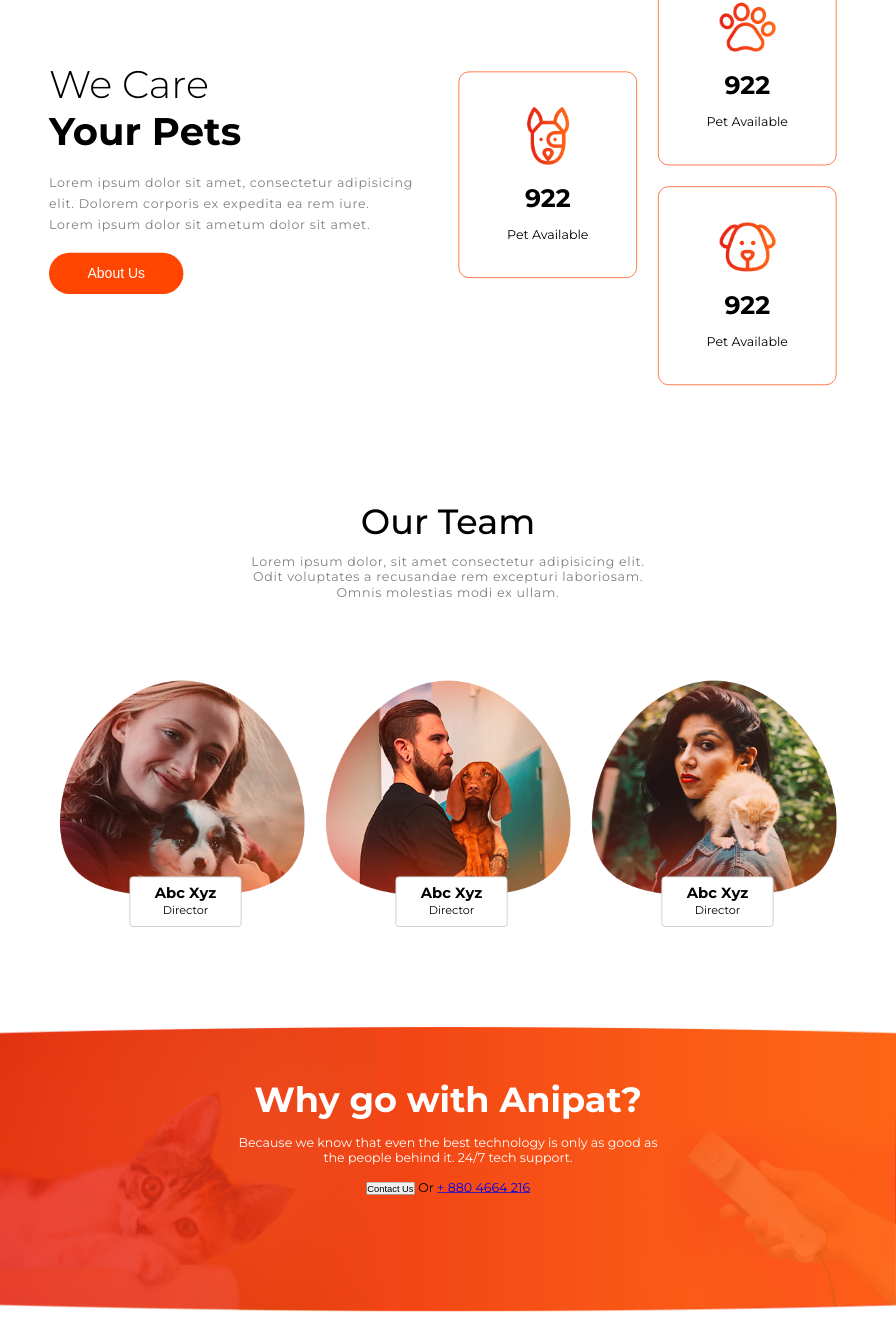
Repository: giahuy405/Day_2_Anipat
Page: index.html
These files come from the project's save history. The page is drawn as it stood at one moment and after the next save; the edit follows.
The browser window is 1280 px wide. The pictures show the part of the page from y = 2403 to 4323 px (the page is 4323 px tall), at 70% of full size.

Above is the page before, as saved 2022-09-09 00:14:49.

### index.html
<!DOCTYPE html>
<html lang="en">
<head>
    <meta charset="UTF-8">
    <meta http-equiv="X-UA-Compatible" content="IE=edge">
    <meta name="viewport" content="width=device-width, initial-scale=1.0">
    <title>Anipat</title>
    <link rel="stylesheet" href="https://cdnjs.cloudflare.com/ajax/libs/font-awesome/6.2.0/css/all.min.css">
    <link href="https://fonts.googleapis.com/css2?family=Montserrat:wght@300;400;500;700&display=swap" rel="stylesheet">
    <link rel="stylesheet" href="./css/index.css">
</head>
<body>
    <header>
        <div class="header-top">
            <div class="container">
                <div class="header__contact">
                    <a href="#">+880 4664 216 </a>
                    <span>Mon - Sat 10:00 - 7:00</span>
                </div>
                <div class="header__social">
                    <ul>
                        <li><a href="#"><i class="fa-brands fa-facebook-f"></i></a></li>
                        <li><a href="#"><i class="fa-brands fa-pinterest-p"></i></a></li>
                        <li><a href="#"><i class="fa-brands fa-google-plus-g"></i></a></li>
                        <li><a href="#"><i class="fa-brands fa-linkedin-in"></i></a></li>
                    </ul>
                </div>
                <div class="clear"></div>
            </div>
        </div>
        <div class="header-bottom container">
            <img src="./img/logo.png" alt="Logo">
            <ul>
                <li><a href="#">Home</a></li>
                <li><a href="#">About</a></li>
                <li><a href="#">Blog</a></li>
                <li><a href="#">Pages</a></li>
                <li><a href="#">Services</a></li>
                <li><a href="#">Contact</a></li>
            </ul>
            <div class="clear"></div>
        </div>

    </header>
    <div class="carousel">
        <div class="container">
            <div class="carousel__content">
                <h1>We Care</h1>
                <h2>Your Pets</h2>
                <p>Lorem ipsum dolor sit amet, consectetur adipisicing elit. Dolorem corporis ex expedita ea rem iure.</p>
                <button>Contact Us</button>
            </div>
            <div class="carousel__dog">
                <img src="./img/dog.png" alt="Dog">
            </div>
            <div class="clear"></div>
        </div>
    </div>
    <div class="service">
        <div class="service-top">
            <h1>Services for every dog</h1>
            <p>Lorem ipsum dolor sit amet, consectetur adipiscing elit, sed do eiusmod tempor incididunt ut labore et dolore magna</p>
        </div>
        <div class="service-bottom container">
            <div class="service-card">
                <div class="service__item">
                    <div class="service__background">
                        <img src="./img/service_icon_1.png" alt="">
                    </div>
                    <h2>Pet Boarding</h2>
                    <p>Lorem, ipsum dolor sit amet consectetur adipisicing elit. Quasi asperiores</p>
                </div>
            </div>
            <div class="service-card">
                <div class="service__item">
                    <div class="service__background">
                        <img src="./img/service_icon_2.png" alt="">
                    </div>
                    <h2>Pet Boarding</h2>
                    <p>Lorem, ipsum dolor sit amet consectetur adipisicing elit. Quasi asperiores</p>
                </div>
            </div>
            <div class="service-card">
                <div class="service__item">
                    <div class="service__background">
                        <img src="./img/service_icon_3.png" alt="">
                    </div>
                    <h2>Pet Boarding</h2>
                    <p>Lorem, ipsum dolor sit amet consectetur adipisicing elit. Quasi asperiores</p>
                </div>
            </div>
            <div class="clear"></div>
        </div>
    </div>
    <div class="netcare container">
        <div class="netcare__cat">
            <img src="./img/pet_care.png" alt="pet care">
        </div>
        <div class="netcare__content">
                <h1>We Care</h1>
                <h2>Your Pets</h2>
                <p>Lorem ipsum dolor sit amet, consectetur adipisicing elit. Dolorem corporis ex expedita ea rem iure. Lorem ipsum dolor, sit amet consectetur adipisicing elit. In, sint.</p>
                <button>Contact Us</button>
        </div>
        <div class="clear"></div>
    </div>
    <div class="care">
        <div class="container">
            <div class="care__content">
                <h1>We Care</h1>
                <h2>Your Pets</h2>
                <p>Lorem ipsum dolor sit amet, consectetur adipisicing elit. Dolorem corporis ex expedita ea rem iure. Lorem ipsum dolor sit ametum dolor sit amet.</p>
                <button>About Us</button>
            </div>
            <div class="care__items">
                <div class="care__item">
                    <div class="care__card care__card--left">
                        <div class="care__desc">
                            <img src="./img/1.png" alt="">
                            <h1>922</h1>
                            <p>Pet Available</p>
                        </div>
                    </div>
                </div>
                <div class="care__item">
                    <div class="care__card">
                        <div class="care__desc">
                            <img src="./img/2.png" alt="">
                            <h1>922</h1>
                            <p>Pet Available</p>
                        </div>
                    </div>
                    <div class="care__card">
                        <div class="care__desc">
                            <img src="./img/3.png" alt="">
                            <h1>922</h1>
                            <p>Pet Available</p>
                        </div>
                    </div>
                </div>
                <div class="clear"></div>
            </div>
            <div class="clear"></div>
        </div>
    </div>
    <div class="team container">
        <div class="team-top">
            <h1>Our Team</h1>
            <p>Lorem ipsum dolor, sit amet consectetur adipisicing elit. Odit voluptates a recusandae rem excepturi laboriosam. Omnis molestias modi ex ullam.</p>
        </div>
        <div class="team-bottom">
            <div class="team__card">
                <img src="./img/team1.png" alt="">
                <div class="team__box">
                    <div class="team__content">
                        <h3>Abc Xyz</h3>
                        <p>Director</p>
                    </div>
                </div>
            </div>
            <div class="team__card">
                <img src="./img/team2.png" alt="">
                <div class="team__box">
                    <div class="team__content">
                        <h3>Abc Xyz</h3>
                        <p>Director</p>
                    </div>
                </div>
            </div>
            <div class="team__card">
                <img src="./img/team3.png" alt="">
                <div class="team__box">
                    <div class="team__content">
                        <h3>Abc Xyz</h3>
                        <p>Director</p>
                    </div>
                </div>
            </div>
            <div class="clear"></div>
        </div>
    </div>
    <div class="banner">
        <div class="banner-top">
            <h1>Why go with Anipat?</h1>
            <p>Because we know that even the best technology is only as good as the people behind it. 24/7 tech support.</p>
        </div>
        <div class="banner-bottom">
            <button>Contact Us</button>
            <span>Or</span>
            <a href="#"> + 880 4664 216</a>
        </div>
    </div>
</body>
</html>

### css/index.css
*{
    padding: 0;
    margin: 0;
    box-sizing: border-box;
}
.clear{
    clear: both;
}
html{
    font-size: 18px;
    font-family: 'Montserrat', sans-serif;
}
.container{
    width: 1140px;
    margin: 0 auto;
}
.header__contact{
    float: left;
}
.header__social{
    float: right;
}
.header-top{
    background-color: black;
    padding: 15px;
}
.header__contact a{
     color: white;
     text-decoration: none;
     transition: all 0.2s;
}
.header__contact a:hover{
    color: red;
}
.header__contact span{
    color: white;
    margin-left: 35px;
}
.header__social ul,.header-bottom ul{
    list-style: none;
}
.header__social li,.header-bottom li{
    display: inline;
    margin-left: 35px;
}
.header__social i{
    color: white;
    transition: all 0.2s;
}
.header__social i:hover{
    color: red;
}
.header-bottom ul{
    float: right;
}
.header-bottom a{
    text-decoration: none;
    font-weight: bold;
    color: black;
    transition: all 0.2;
    line-height: 40px;
}
.header-bottom a:hover{
    color: red;
}
.header-bottom{
    padding: 20px 0;
}
.carousel{
    background-image: url(../img/banner.png);
    background-position: center bottom;
    background-repeat: no-repeat;
    background-size: 100%;
    height: 600px;
    position: relative;
    margin-bottom: 150px;
}
.carousel__content{
    float: left;
    width: 33%;
    padding-top: 100px;
}
.carousel__dog{
    float: left;
    width: 67%;
    position: absolute;
    top: -10px;
    left: 315px;
    padding: 30px;
}
.carousel__content h1{
    color: white;
    font-size: 70px;
    font-weight: 300;
}
.carousel__content h2{
    color: white;
    font-size: 70px;
    font-weight: 700;
}
.carousel__content p{
    color: white;
    line-height: 30px;
    letter-spacing: 1px;
    margin: 20px 0;
}
.carousel__content button{
    padding: 19px 50px;
    border-radius: 30px;
    border: none;
    font-size: 18px;
    background-color: white;
    color: orangered;
    cursor: pointer;
}
.carousel__content button:hover{
    background-color: orangered;
    color: white;
}
.carousel__dog img{
    width: 100%;

}
.service{
    text-align: center;
    margin-bottom: 100px;
}
.service-top h1{
    font-weight: 500;
    font-size: 50px;
    margin-bottom: 15px;
}
.service-top p{
    padding: 0 300px;
    color: grey;
}
.service-top{
    margin-bottom: 150px;
}
.service-card{
    float: left;
    width: 33.3333%;
}
.service__background{
    background-image: url(../img/service_icon_bg_1.png);
    width: 161px;
    height: 143px;
    background-position: center;
    margin: 0 auto;
}
.service__item{
    border: 1px solid orangered;
    border-radius: 15px;
    padding: 60px 40px;
}
.service-card{
    padding: 20px;
}
.service__item img{
    padding-top: 35px;
}
.service__item h2{
    margin: 30px 0;
}
.service__item p{
    color: grey;
    line-height: 30px;
}
.netcare__cat{
    float: left;
    width: 40%;
}
.netcare__content{
    float: left;
    width: 60%;
    padding-right: 100px;
    padding-top: 75px;
    padding-left: 60px;
}
.netcare__cat img{
    width: 100%;
}
.netcare__content h1,.care__content h1{
    color: black;
    font-size: 55px;
    font-weight: 300;
}
.netcare__content h2,.care__content h2{
    color: black;
    font-size: 55px;
    font-weight: 700;
}
.netcare__content p,.care__content p{
    color: grey;
    line-height: 30px;
    letter-spacing: 1px;
    margin: 25px 0;
}
.netcare__content button,.care__content button{
    padding: 18px 55px;
    border-radius: 30px;
    border: none;
    background-color: orangered;
    color: white;
    font-size: 20px;
    cursor: pointer;
    transition: all 0.2s;
}
.netcare__content button:hover,.care__content  button:hover{
    background-color: white;
    border: 1px solid orangered;
    color: orangered;
}
.care__content,.care__items,.care__item{
    float: left;
    width: 50%;
}
.care__content{
    padding-right: 50px;
    padding-top: 150px;
}
.care__desc{
    border: 1px solid orangered;
    border-radius: 15px;
   padding: 50px 20px;
}
.care__card{
    text-align: center;
    margin-bottom: 30px;
}
.care__item{
     padding: 15px;
}
.care__card--left{
    margin-top: 150px;
}
.care__item h1{
    margin: 20px 0;
}
.team{
    text-align: center;
    margin-top: 120px;
    margin-bottom: 120px;
}
.team-top h1{
    font-weight: 500;
    font-size: 50px;
}
.team-top p{
    padding: 0 250px;
    letter-spacing: 1px;
    color: grey;
    margin: 15px;
}
.team__card{
    float: left;
    width: 33.333%;
    padding: 15px;
    position: relative;
}
.team-bottom{
    margin-top: 100px;
}
.team__card img{
    width: 100%;
}
.team__content{
    border: 1px solid rgb(190, 190, 190);
    border-radius: 5px;
    padding: 10px 35px;
    background-color:white;
}
.team__box{
    position: absolute;
    top: 295px;
    left: 115px;
}
.team__content p{
    font-size: 16px;
    line-height: 25px;
}
.banner{
    text-align: center;
    background-image: url(../img/contact_bg.png);
    height: 500px;
    background-position: center;
    background-repeat: no-repeat;
    background-size: 100%;
    padding-top: 120px;
}
.banner-top h1{
    font-size: 50px;
    color: white;
}
.banner-top p{
    color: white;
    font-size: 18px;
    padding: 0 330px;
    margin: 20px 0;
}

After the next save:
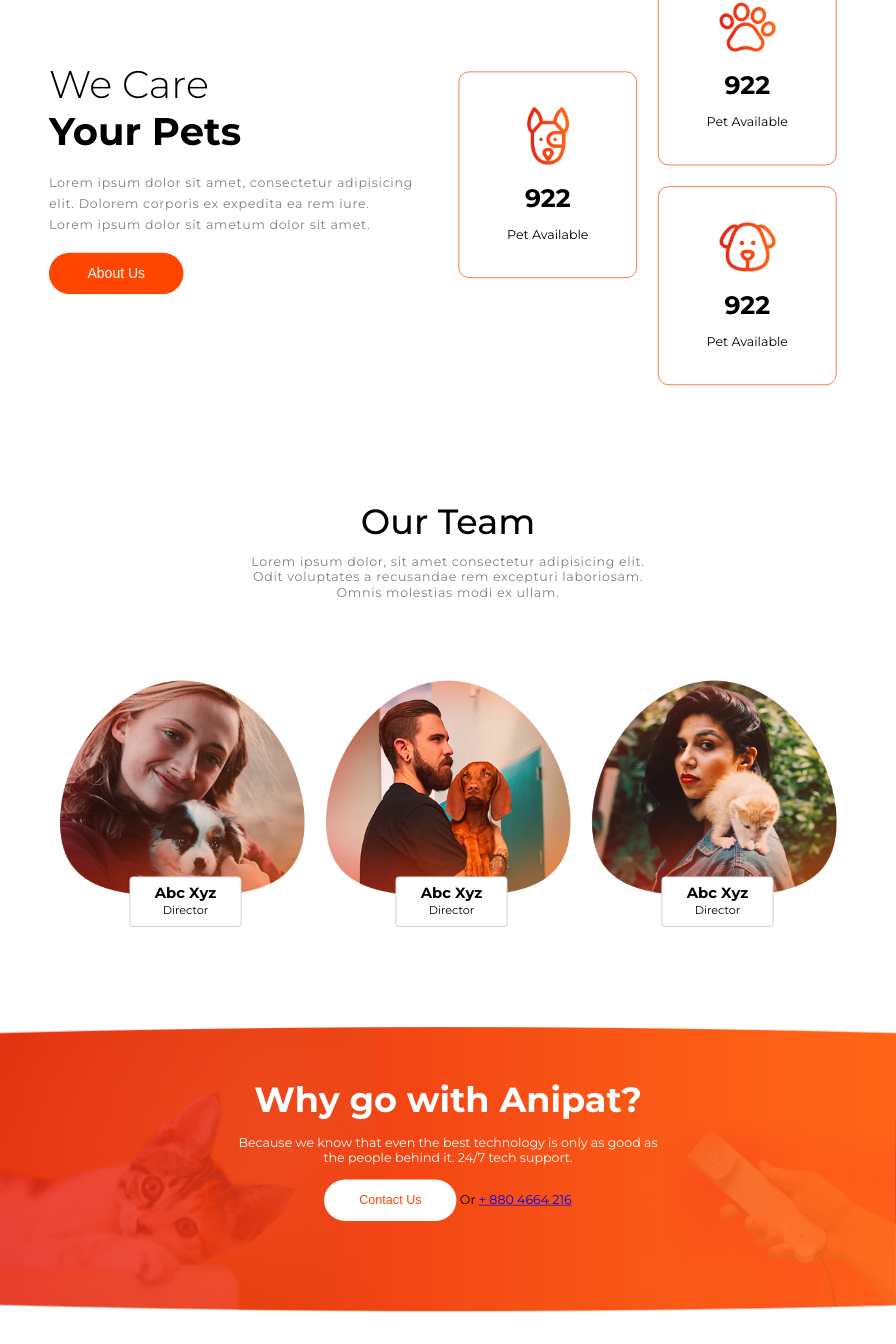
Saved 52 s later.
--- a/css/index.css
+++ b/css/index.css
@@ -104,7 +104,7 @@ html{
     letter-spacing: 1px;
     margin: 20px 0;
 }
-.carousel__content button{
+.carousel__content button,.banner-bottom button{
     padding: 19px 50px;
     border-radius: 30px;
     border: none;
@@ -113,7 +113,7 @@ html{
     color: orangered;
     cursor: pointer;
 }
-.carousel__content button:hover{
+.carousel__content button:hover,.banner-bottom button:hover{
     background-color: orangered;
     color: white;
 }
